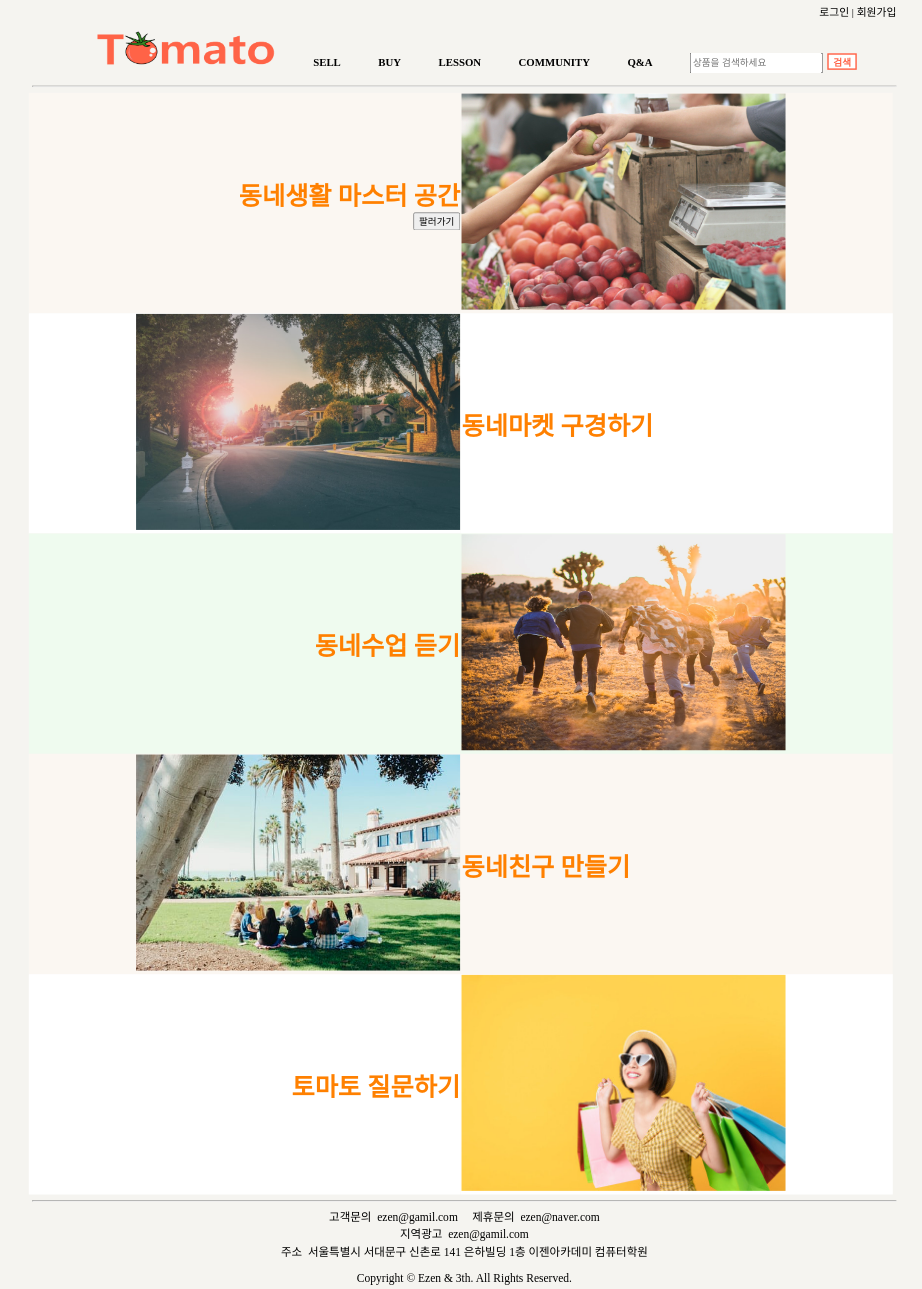
Repository: javadogfoot/semi-project
Page: http://localhost/tomato/indextest.jsp
An editor plug-in stored every save of this project. The page is shown before and after the next save, followed by the edit.
The browser window is 1280 px wide. The pictures show the whole page, at 72% of full size.
The page is served by Tomcat 9.

Above is the page before, as saved 2021-10-19 16:41:19.

After the next save:
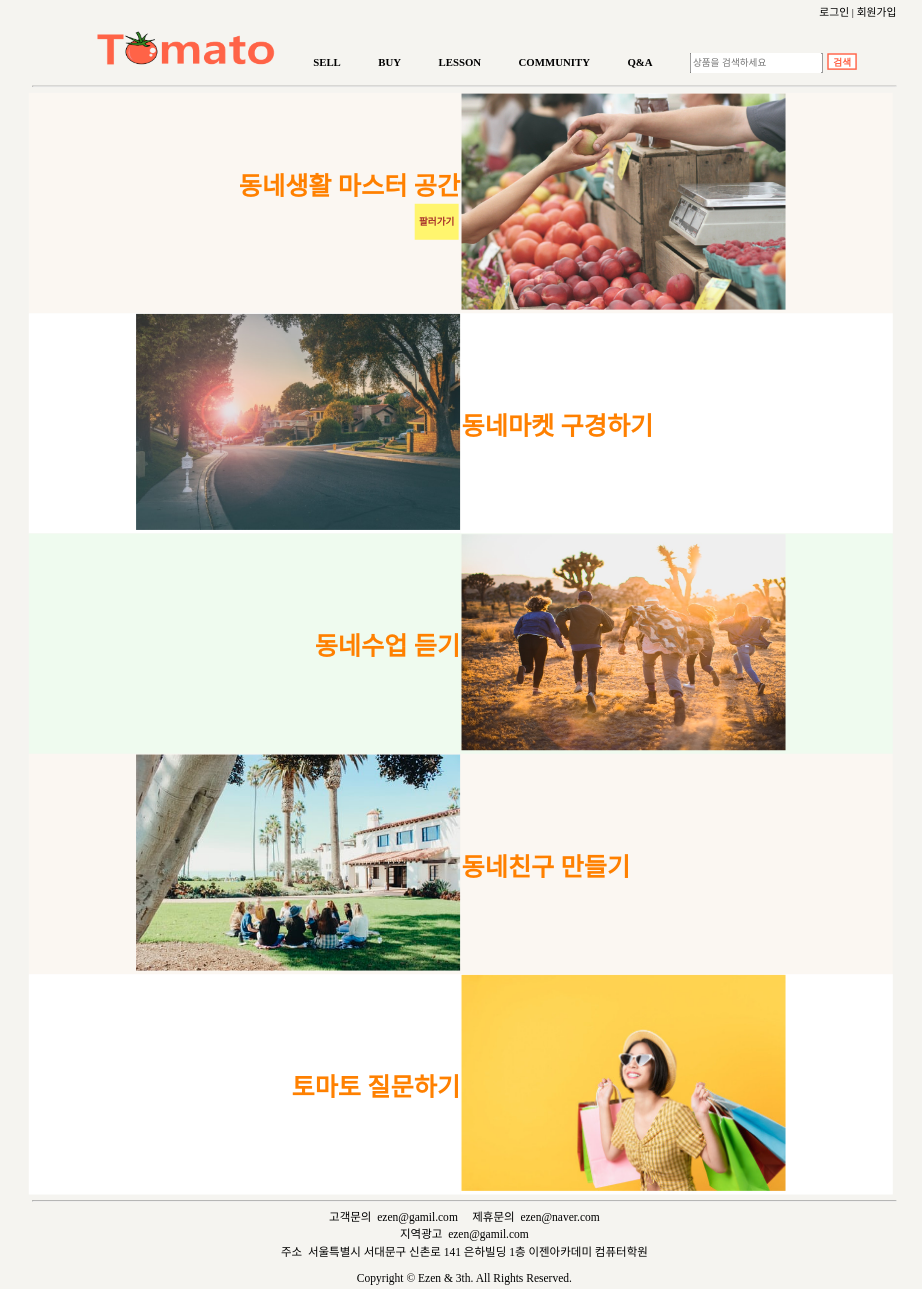
Saved 18 s later.
--- a/semi프로젝트워크스페이스/tomato/src/main/webapp/indextest.jsp
+++ b/semi프로젝트워크스페이스/tomato/src/main/webapp/indextest.jsp
@@ -71,7 +71,7 @@ span {
 <table>
 	<tr class="background-color1">
 		<td class="textright"><span>동네생활 마스터 공간</span><br>
-		<a href="/tomato/sell/sell.jsp"><input id="joinbtn1" type="button" value="팔러가기"></a>
+		<a href="/tomato/sell/sell.jsp"><input class="joinbtn1" type="button" value="팔러가기"></a>
 		</td>
 		<td><img src="img/과일거래.jpg" alt="메인 상단 이미지1" width="450" height="300"></td>
 	</tr>
